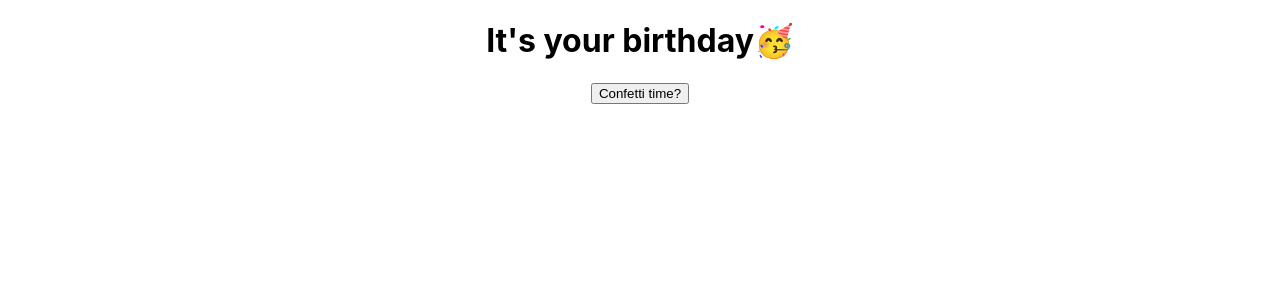
Repository: David-Waite/HannahsBirthdayWebsite
Page: /
These files come from the project's save history. The page is drawn as it stood at one moment and after a run of saves; the edit follows.
The browser window is 1280 px wide. The pictures show the whole page.
The project was rebuilt for these pictures with package versions that can differ from the ones it lists, and the page was loaded fresh each time.

Above is the page before, as saved 2023-03-30 16:58:33.

### src/App.js
import "./App.css";

import Confetti from "react-confetti";
import { useState } from "react";

function App() {
  const [confetti, setConfetti] = useState(false);

  function rainConfetti() {
    setConfetti(true);
  }
  return (
    <div className="App">
      {confetti && <Confetti />}
      <h1>It's your birthday🥳</h1>
      <button onClick={rainConfetti}>Confetti time?</button>
    </div>
  );
}

export default App;

Loaded but not shown: public/index.html (common file); src/index.js (common file); src/index.css (common file); src/reportWebVitals.js (common file); src/App.css (common file)

After the next 5 saves:
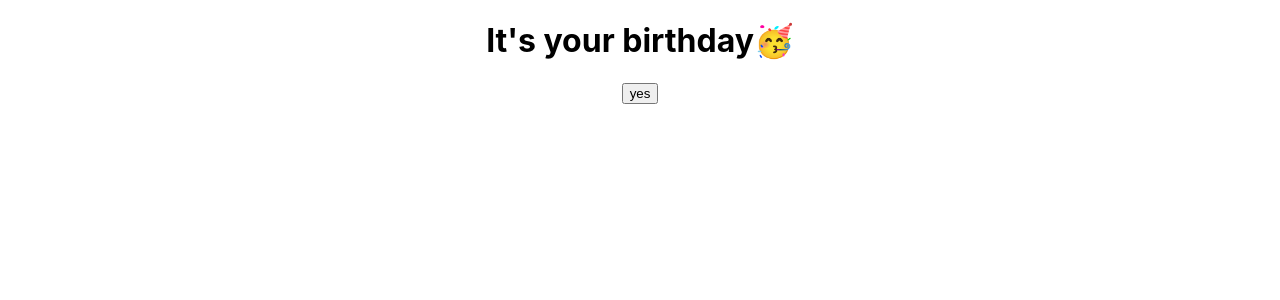
The 5 saves are shown as one change because 3 did not build or start and some came seconds apart.
The last was saved 61 s later.
--- a/src/App.js
+++ b/src/App.js
@@ -4,7 +4,7 @@
 import { useState } from "react";
 
 function App() {
-  const [confetti, setConfetti] = useState(false);
+  const [confetti, setConfetti] = useState(null);
 
   function rainConfetti() {
     setConfetti(true);
@@ -13,7 +13,9 @@
     <div className="App">
       {confetti && <Confetti />}
       <h1>It's your birthday🥳</h1>
-      <button onClick={rainConfetti}>Confetti time?</button>
+      <button onClick={rainConfetti}>
+        {confetti ? "Confetti time?" : "yes"}
+      </button>
     </div>
   );
 }

After the save that followed:
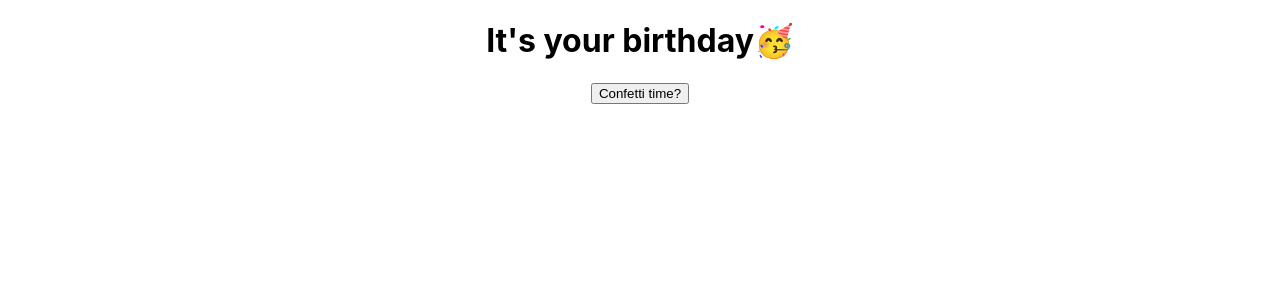
Saved 20 s later.
--- a/src/App.js
+++ b/src/App.js
@@ -14,7 +14,7 @@
       {confetti && <Confetti />}
       <h1>It's your birthday🥳</h1>
       <button onClick={rainConfetti}>
-        {confetti ? "Confetti time?" : "yes"}
+        {confetti ? "Yes" : "Confetti time?"}
       </button>
     </div>
   );
